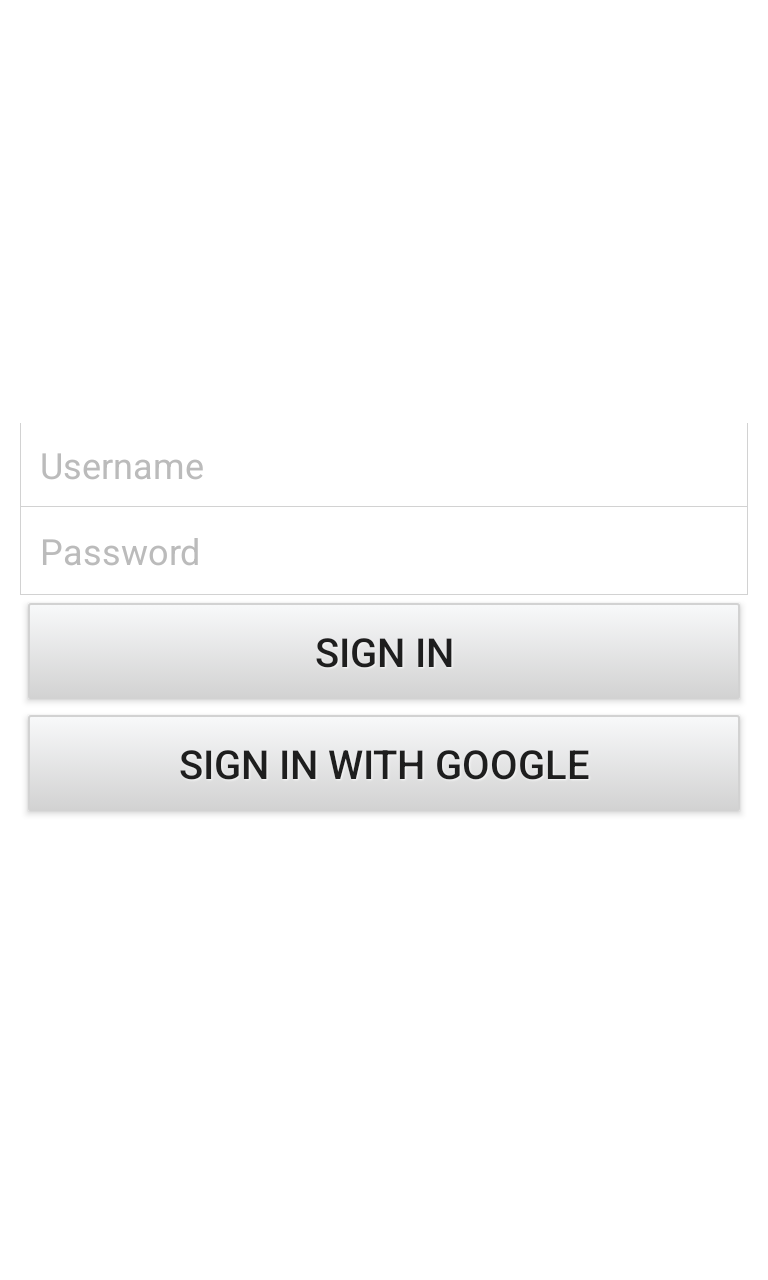
Repository: Jaaga/mooc-tracker
Layout: android/MOOCTracker/res/layout/login_screen.xml
The author's editor kept a copy of each file at every save. The layout is drawn from the files as they stood at one save, then again after the next save.
It is drawn on a 768 x 1280 px phone screen (xhdpi) without system bars, with theme AppTheme; the app's code is not run.

Above is the layout before, as saved 2014-05-22 18:15:43.

After the next save:
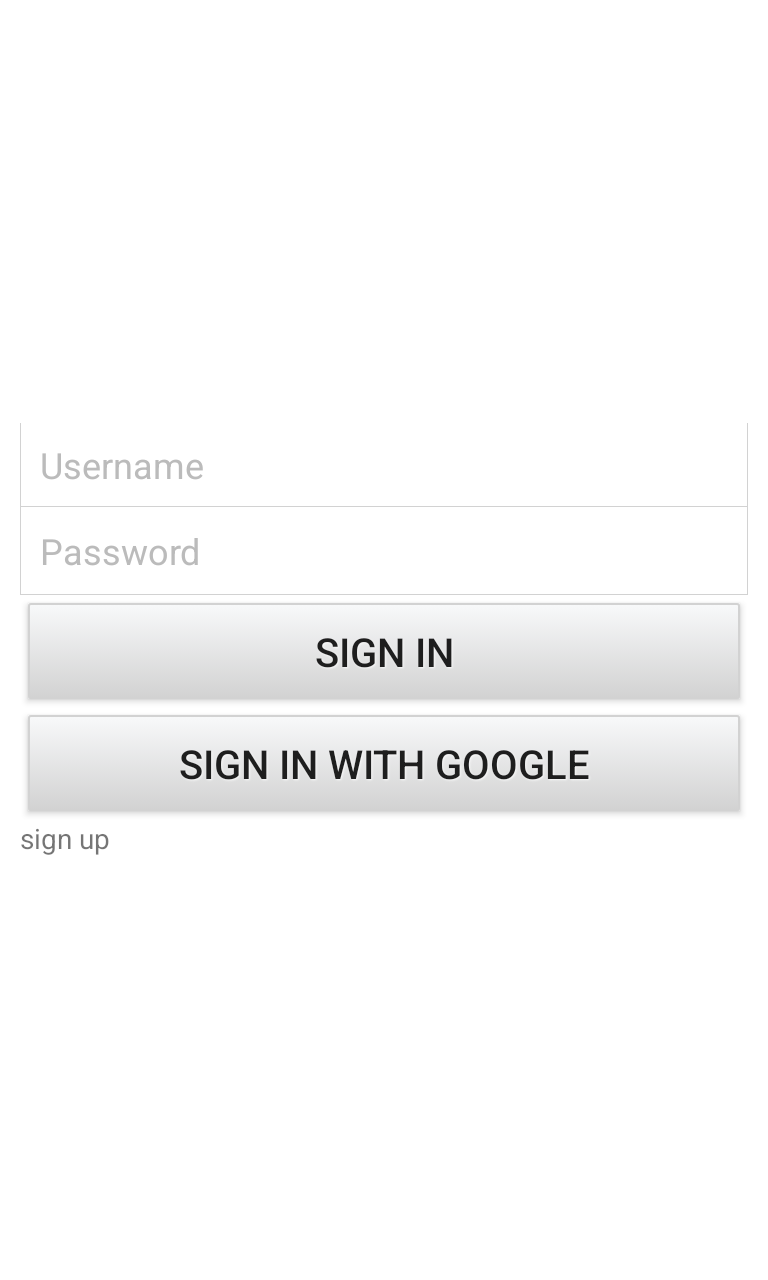
Saved 2 min 58 s later.
--- a/android/MOOCTracker/res/layout/login_screen.xml
+++ b/android/MOOCTracker/res/layout/login_screen.xml
@@ -71,7 +71,7 @@
                android:layout_width="wrap_content"
                android:layout_height="wrap_content"
                android:layout_gravity="bottom"
-               android:test="sign up"
+               android:text="sign up"
                />
 
    </LinearLayout>
